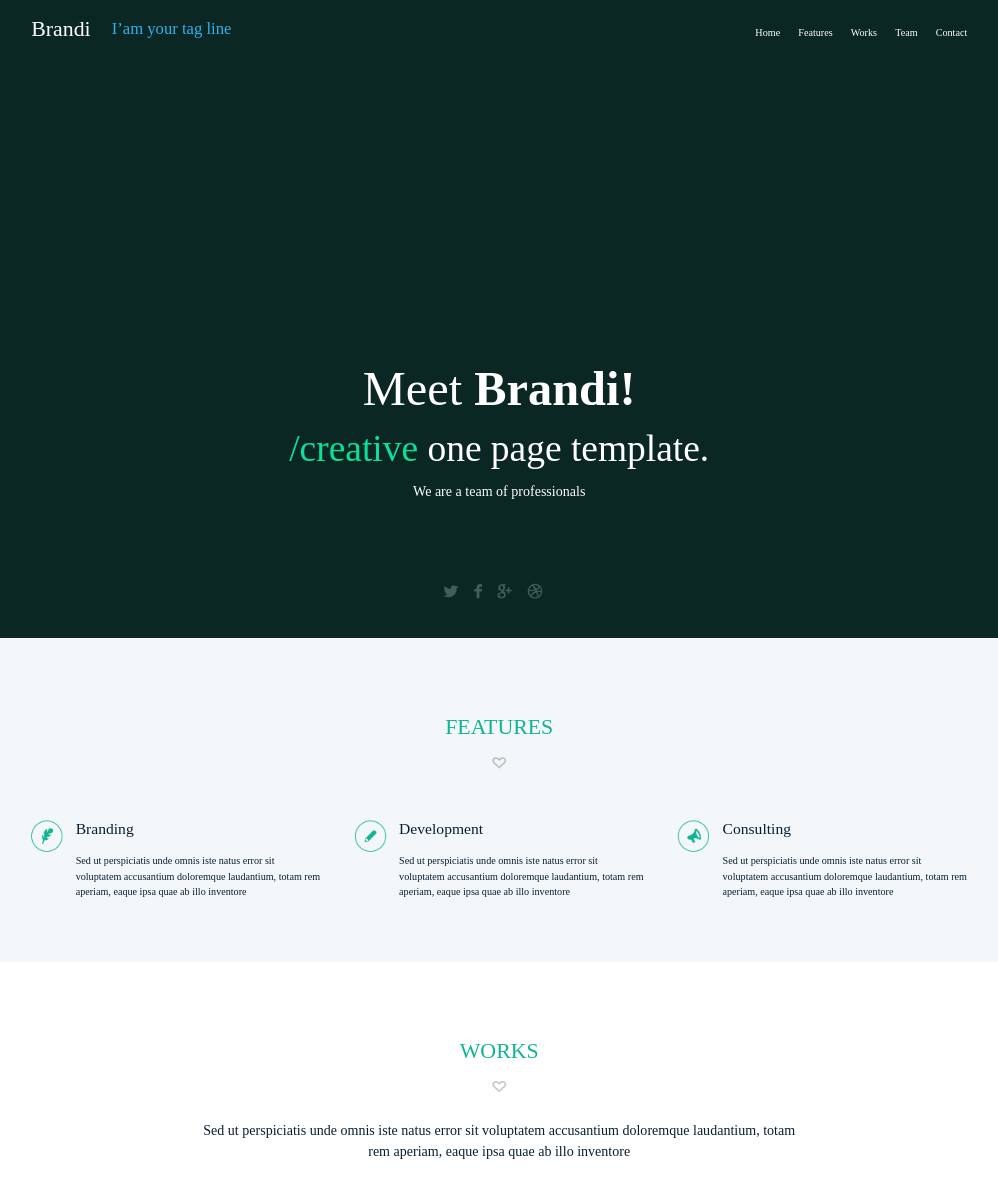
Repository: iravakilova/Brandi
Page: app/index.html
An editor plug-in stored every save of this project. The page is shown before and after the next save, followed by the edit.
The browser window is 1280 px wide. The pictures show the whole page, at 78% of full size.

Above is the page before, as saved 2020-02-15 14:28:03.

### app/index.html
<!DOCTYPE html>
<html lang="en">
<head>
    <meta charset="UTF-8">
    <meta name="viewport" content="width=device-width, initial-scale=1.0">
    <title>BRANDI</title>
    <link rel="stylesheet" href="reset.css">
    <link rel="stylesheet" href="style.css">
</head>
<body>

    <!-- header -->

    <header class="header">
        <div class="container">
            <div class="header__inner">
                <div class="header__logo">
                    <p class="logo">Brandi</p>
                    <p class="logo-text">I’am your tag line</p>
                </div>

                <nav class="header-menu">
                    <a class="header-menu__link active" href="#">Home</a>
                    <a class="header-menu__link" href="#">Features</a>
                    <a class="header-menu__link" href="#">Works</a>
                    <a class="header-menu__link" href="#">Team</a>
                    <a class="header-menu__link" href="#">Contact</a>
                </nav>
            </div>
        </div>

        <div class="intro">
            <div class="container">
                <div class="intro__inner">
                    <h1 class="intro__title">Meet <span style="font-weight: bold;">Brandi! </span> </h1>
                    <h2 class="intro__suptitle"><span style="color:#0fde95;">/creative</span> one page template.</h2>
                    <span class="intro__descr">We are a team of professionals</span>
                </div>
                <div class="social">
                    <a class="social__link" href="#"><img src="./img/twitter.png" alt="twitter"></a>
                    <a class="social__link" href="#"><img src="./img/facebook.png" alt="facebook"></a>
                    <a class="social__link" href="#"><img src="./img/google.png" alt="google"></a>
                    <a class="social__link" href="#"><img src="./img/dribbble.png" alt="dribbble"></a>
                </div>
            </div>
        </div>
    </header>

    <!-- features -->

    <section class="features">
        <div class="container">
            <h3 class="unit-title">Features</h3>
            <img class="heart" src="./img/heart.png" alt="">
            <div class="features__inner">
                <div class="features__var">
                    <div class="features__image">
                        <img src="./img/features-1.png" alt="">
                    </div>
                    <div class="features__item">
                        <h4 class="features__title">Branding</h4>
                        <p class="features__descr">Sed ut perspiciatis unde omnis iste natus error sit voluptatem accusantium doloremque laudantium, totam rem aperiam, eaque ipsa quae ab illo inventore</p>
                    </div>
                </div>
                <div class="features__var">
                    <div class="features__image">
                        <img src="./img/features-2.png" alt="">
                    </div>
                    <div class="features__item">
                        <h4 class="features__title">Development</h4>
                        <p class="features__descr">Sed ut perspiciatis unde omnis iste natus error sit voluptatem accusantium doloremque laudantium, totam rem aperiam, eaque ipsa quae ab illo inventore</p>
                    </div>
                </div>
                <div class="features__var">
                    <div class="features__image">
                        <img src="./img/features-3.png" alt="">
                    </div>
                    <div class="features__item">
                        <h4 class="features__title">Consulting</h4>
                        <p class="features__descr">Sed ut perspiciatis unde omnis iste natus error sit voluptatem accusantium doloremque laudantium, totam rem aperiam, eaque ipsa quae ab illo inventore</p>
                    </div>
                </div>
            </div>
        </div>
    </section>

    <!-- works -->

    <section class="works">
        <h3 class="unit-title">Works</h3>
        <img class="heart" src="./img/heart.png" alt="">
        <p class="unit-article">Sed ut perspiciatis unde omnis iste natus error sit voluptatem accusantium doloremque laudantium, totam<br/> rem aperiam, eaque ipsa quae ab illo inventore</p>
        <nav class="works-menu">
            <a class="works-menu__link" href="#">All</a>
            <a class="works-menu__link" href="#">Branding</a>
            <a class="works-menu__link" href="#">Web</a>
            <a class="works-menu__link" href="#">Logo Design</a>
            <a class="works-menu__link" href="#">Photography</a>
        </nav>
    </section>

</body>
</html>

### app/style.css

.container {
    width: 100%;
    max-width: 1200px;
    margin: 0 auto;
}
.unit-title{
    font-family: "﻿OpenSans-Extrabold", "AdobeInvisFont", "MyriadPro-Regular";
    font-size: 28px;
    color: rgba(14, 180, 147, 255);
    text-transform: uppercase;
    text-align: center;
    padding-top: 100px;
}
.heart{
    display: block;
    margin: 0 auto;
    padding-top: 25px;
}
.unit-article{
    font-family: "OpenSans-Semibold", "AdobeInvisFont", "MyriadPro-Regular";
    font-size: 18px;
    color: rgba(6, 32, 51, 255);
    text-align: center;
    padding-top: 36px;
    line-height: 1.5;
}

/* header */

.header {
    width: 100%;
    font-family: "Pacifico-Regular", "AdobeInvisFont", "MyriadPro-Regular";
    background-color: #0a2724;
}
.header__inner {
    display: flex;
    justify-content: space-between;
    align-items: center;
    padding-bottom: 394px;
}
.header__logo{
    display: flex;
    justify-content: space-between;
    align-items: center;
    margin: 0;
}
.logo {
    color: #fff;

    font-size: 28px;
    margin-right: 27px;
}
.logo-text{
    font-size: 16pt;
    color: rgba(50, 176, 238, 255);
}
.header-menu {
    font-size: 13px;
    padding: 35px 0 25px;

}
.header-menu__link {
    display: inline-block;
    vertical-align: top;
    margin-left: 20px;
    color: #fff;
    text-decoration: none;
}
.intro{
    text-align: center;
}
.intro__inner{
    margin-bottom: 109px;
}
.intro__title{
    font-size: 62px;
    color: #fff;
    padding-bottom: 22px;
}
.intro__suptitle{
    font-size: 48px;
    color: #fff;
    padding-bottom: 22px;
}
.intro__descr{
    font-size: 18px;
    color: #fff;
    margin-bottom: 109px;
}
.social{
    padding-bottom: 50px;
}
.social__link img{
    opacity: 0.25;
    margin-right: 16px;
}
.social img:hover{
    opacity: 1;
}

/* features */

.features{
    width: 100%;
    background-color: #f4f7f9;
}
.features__inner{
    display: flex;
    justify-content: space-between;
    align-items: center;
    padding: 67px 0 80px;
}
.features__var{
    margin-right: 44px;
    display: flex;
}
.features__var:last-child{
    margin-right: 0px;
}
.features__image{
    display: block;
    margin-right: 17px;
}
.features__title{
    font-family: "OpenSans-Semibold", "AdobeInvisFont", "MyriadPro-Regular";
    font-size: 20px;
    color: rgba(6, 32, 51, 255);
    padding-bottom: 22px;
}
.features__descr{
    font-family: "OpenSans", "AdobeInvisFont", "MyriadPro-Regular";
    font-size: 13px;
    color: rgba(6, 32, 51, 255);
    line-height: 1.5;
}

/* works */

.works-menu {
    font-family: "OpenSans-Bold", "AdobeInvisFont", "MyriadPro-Regular";
    font-size: 14pt;
    color: rgba(6, 32, 51, 255);

}
.works-menu__link {
    display: inline-block;
    vertical-align: top;
    margin-left: 20px;
    color: #fff;
    text-decoration: none;
}

Loaded but not shown: app/reset.css (common file)

After the next save:
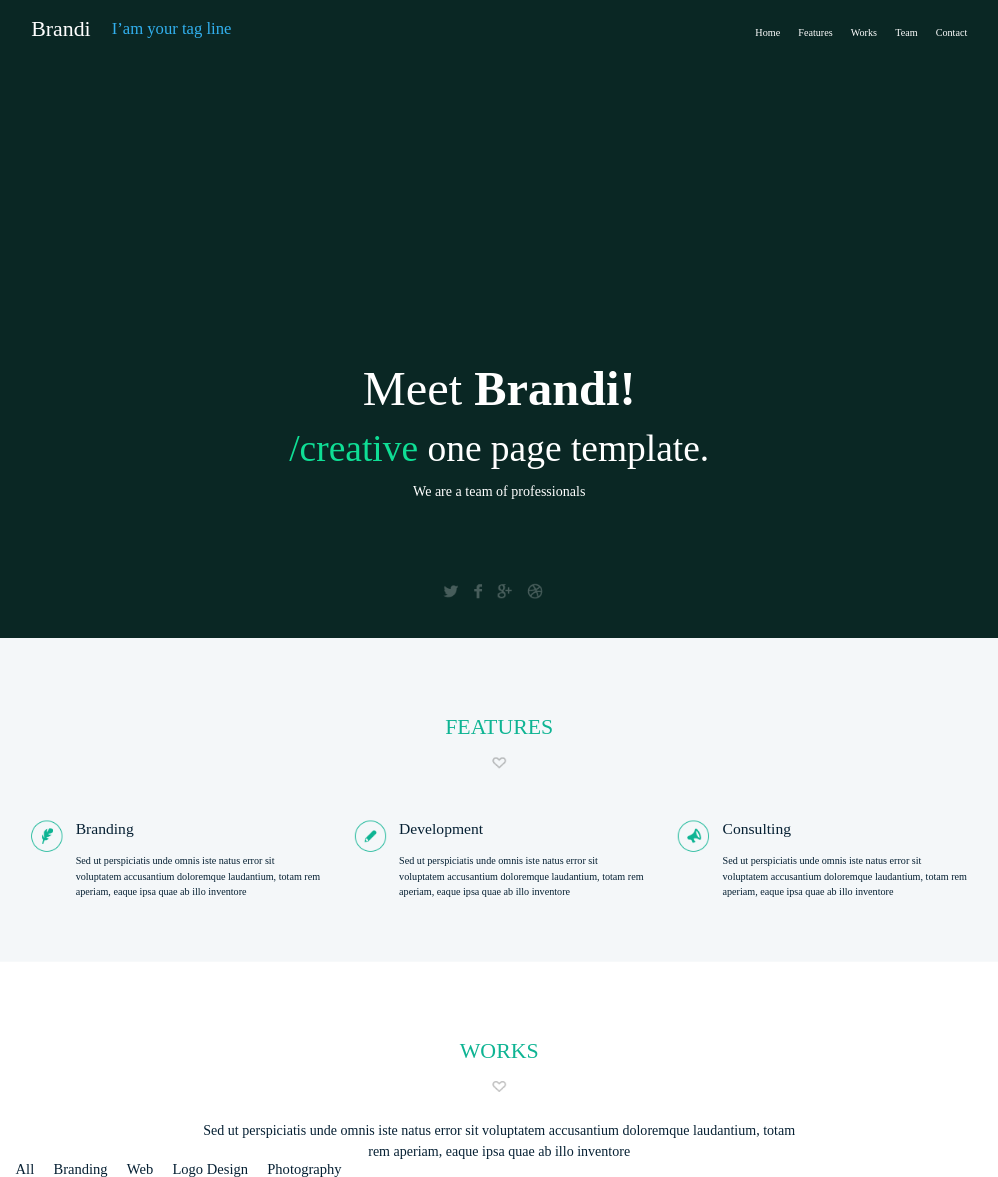
Saved 19 s later.
--- a/app/style.css
+++ b/app/style.css
@@ -140,13 +140,13 @@
 .works-menu {
     font-family: "OpenSans-Bold", "AdobeInvisFont", "MyriadPro-Regular";
     font-size: 14pt;
-    color: rgba(6, 32, 51, 255);
+
 
 }
 .works-menu__link {
     display: inline-block;
     vertical-align: top;
     margin-left: 20px;
-    color: #fff;
+    color: rgba(6, 32, 51, 255);
     text-decoration: none;
 }
